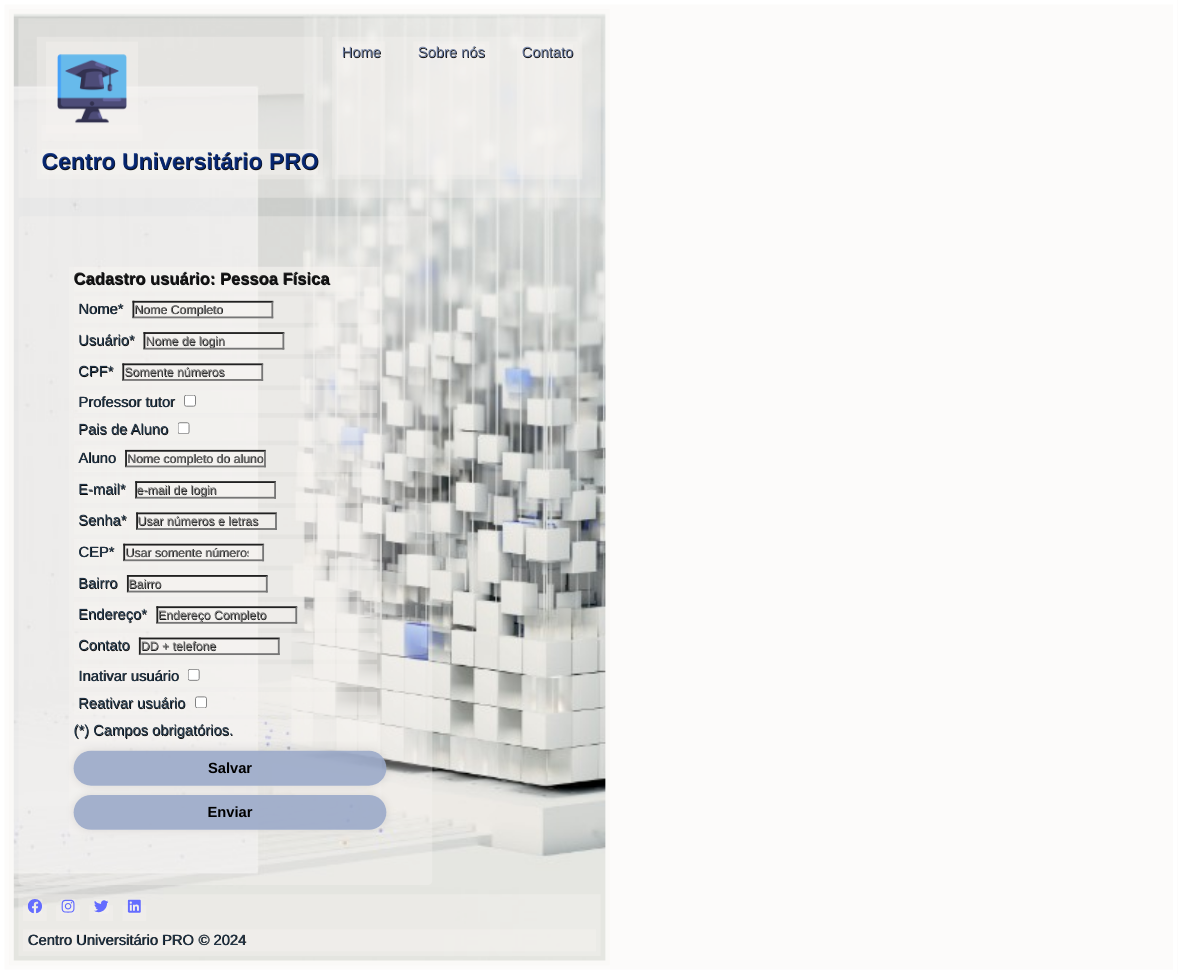
Repository: DanuziaRA/Cadastros-de-Usuarios
Page: /cadastro
An editor plug-in stored every save of this project. The page is shown before and after the next save, followed by the edit.
The browser window is 1280 px wide. The pictures show the whole page, at 92% of full size.
The project was rebuilt for these pictures with package versions that can differ from the ones it lists, and the page was loaded fresh each time. Also part of the build but not shown: vite.config.js, src/components/Footer.css, src/router/Contact.jsx, src/router/ErrorPage.jsx, src/router/ContactDetails.jsx, src/router/Login.jsx, src/router/Company.jsx, src/router/Forget.jsx.

Above is the page before, as saved 2024-10-01 12:49:34.

After the next save:
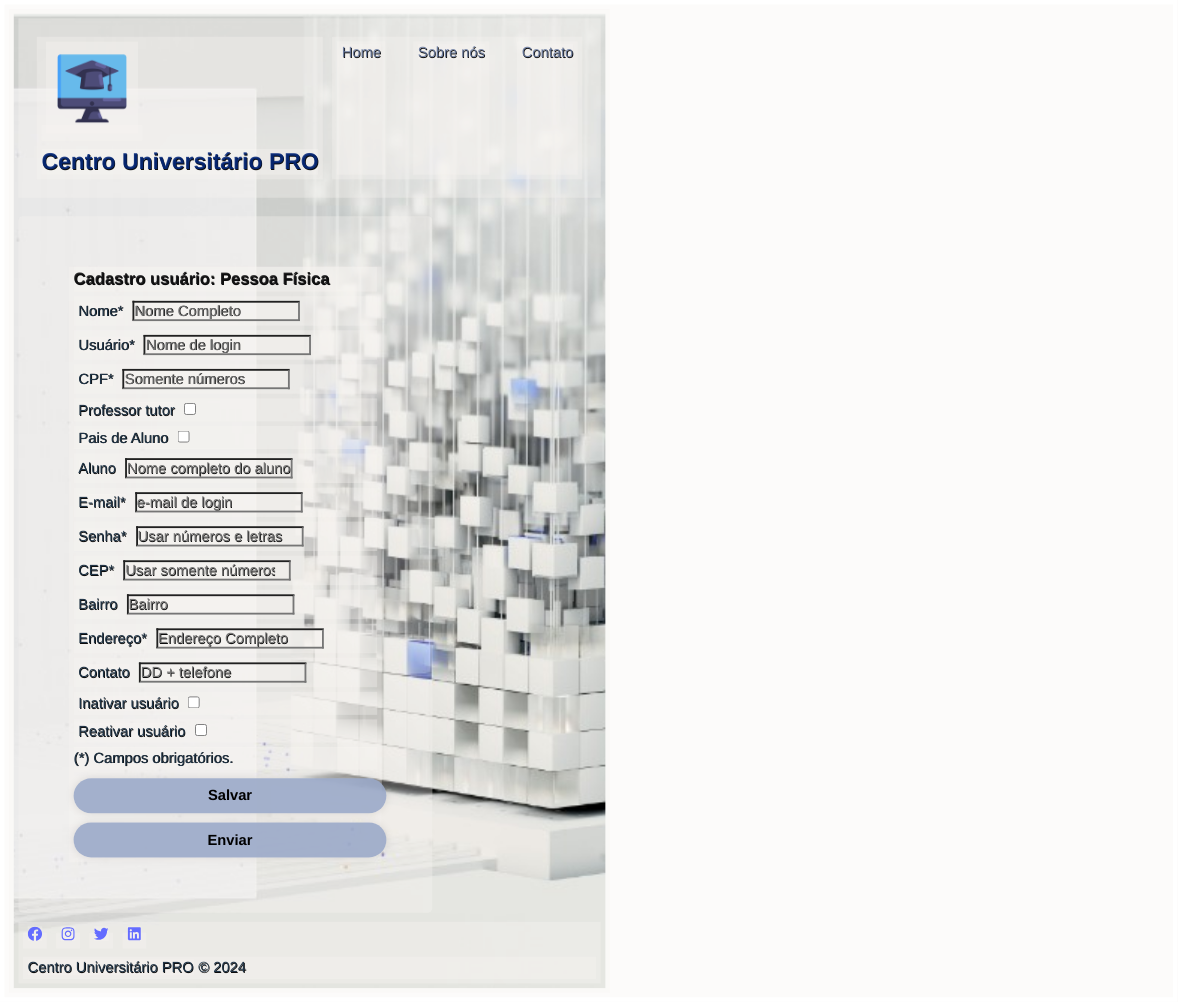
Saved 5 s later.
--- a/src/App.css
+++ b/src/App.css
@@ -3,7 +3,7 @@
   margin: 5px;
   padding: 0px;
   font-family: Helvetica;
-  font-size: px;
+  font-size: 16px;
   text-shadow: #0d0d0d 0.7px 0.7px;
   background-color:rgba(246, 243, 241, 0.342);
 }
